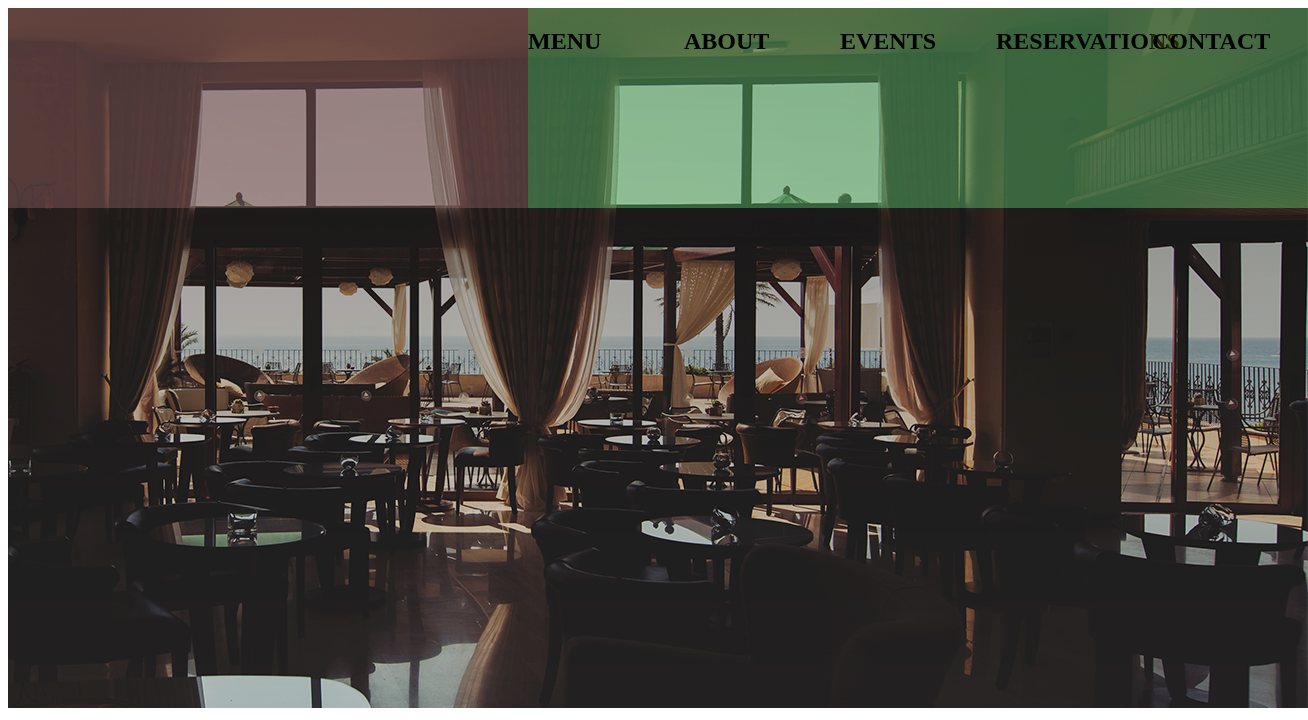
Repository: sis-shen/HTML_vsc
Page: adc_v2/index.html
An editor plug-in stored every save of this project. The page is shown before and after the next save, followed by the edit.
The browser window is 1280 px wide. The page is 1308 px wide, so the pictures cover 1308 px, including what lies to the right of the window. The pictures show the whole page.

Above is the page before, as saved 2023-08-13 11:19:03.

### adc_v2/index.html
<!DOCTYPE html>
<html lang="zh-CN">
<head>
    <meta charset="UTF-8">
    <meta name="viewport" content="width=device-width, initial-scale=1.0">
    <title>王八餐厅</title>
    <link rel="stylesheet" href="style.css">
</head>
<body>
    <div class="top-box">
        <div class="nav">
            <div class="t-left"></div>
            <div class="t-right">
                <div class="nav-box"><h2>MENU</h2></div>
                <div class="nav-box"><h2>ABOUT</h2></div>
                <div class="nav-box"><h2>EVENTS</h2></div>
                <div class="nav-box"><h2>RESERVATIONS</h2></div>
                <div class="nav-box"><h2>CONTACT</h2></div>
            </div>
        </div>



    </div>
</body>
</html>

### adc_v2/style.css
body {
    box-sizing: border-box;
}

.top-box{
    width: 1300px;
    height: 700px;
    background-image: url("img/top.png");
}

.nav {
    width: 100%;
    height: 200px;
    background-color: rgba(0, 255, 255, 0.207);
    display: flex;
}

.t-left{
    height:100%;
    width: 40%;
    background-color: rgba(255, 0, 0, 0.236);
}

.t-right{
    display: flex;
    height: 100%;
    width:60%;
}

.nav-box{
    width: 20%;
    height: 100%;
    background-color: rgba(255, 255, 0, 0.149);
}

After the next save:
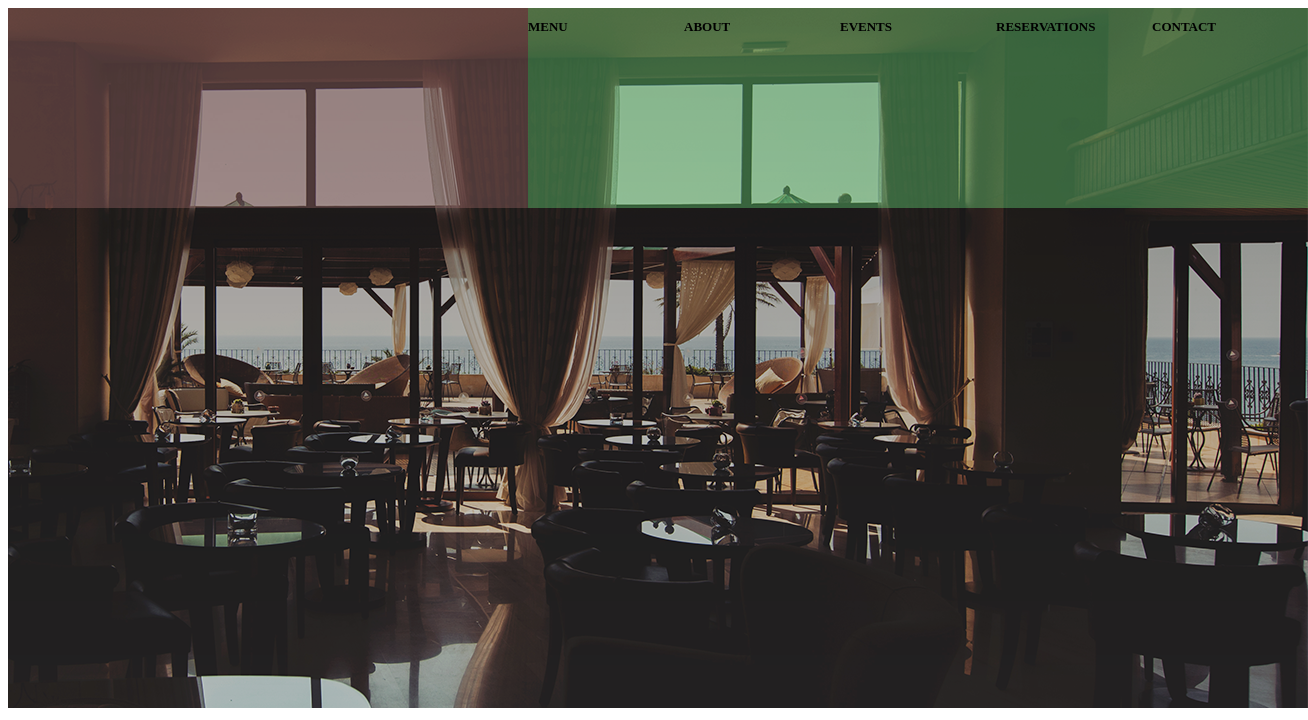
Saved 2 min 40 s later.
--- a/adc_v2/style.css
+++ b/adc_v2/style.css
@@ -32,3 +32,7 @@
     height: 100%;
     background-color: rgba(255, 255, 0, 0.149);
 }
+
+.top-box h2{
+    font-size: small;
+}
